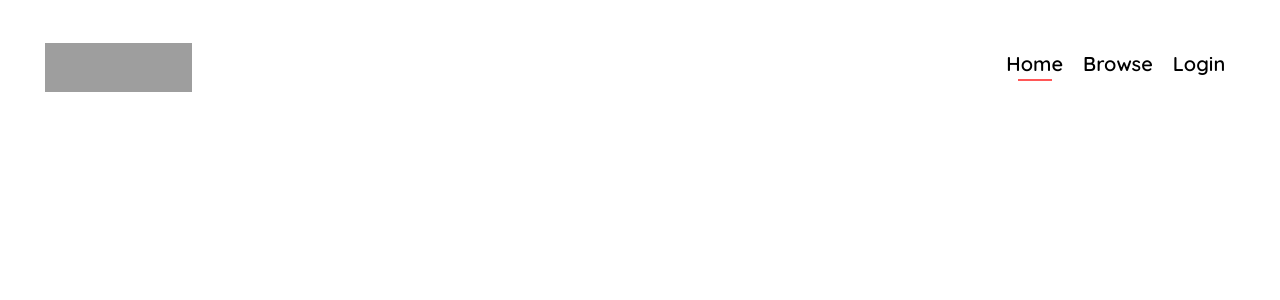
Repository: m-ahmadshaikh/shop-it
Page: /
An editor plug-in stored every save of this project. The page is shown before and after the next save, followed by the edit.
The browser window is 1280 px wide. The pictures show the whole page.
Pictures or frames that could not be fetched are drawn as grey boxes. The project was rebuilt for these pictures with package versions that can differ from the ones it lists, and the page was loaded fresh each time. Also part of the build but not shown: vite.config.js.

Above is the page before, as saved 2022-10-08 21:51:02.

### index.html
<!DOCTYPE html>
<html lang="en">
  <head>
    <meta charset="UTF-8" />
    <meta name="viewport" content="width=device-width, initial-scale=1.0" />
    <link rel="preconnect" href="https://fonts.googleapis.com" />
    <link rel="preconnect" href="https://fonts.gstatic.com" crossorigin />
    <link
      href="https://fonts.googleapis.com/css2?family=Quicksand:wght@300;400;500;600;700&display=swap"
      rel="stylesheet" />
    <title>Shop It</title>
  </head>
  <body>
    <div id="root"></div>
    <script type="module" src="/src/main.jsx"></script>
  </body>
</html>

### src/main.jsx
import React from 'react';
import ReactDOM from 'react-dom/client';
import { BrowserRouter } from 'react-router-dom';
import App from './App';
import './assets/global.css';
ReactDOM.createRoot(document.getElementById('root')).render(
  <React.StrictMode>
    <BrowserRouter>
      <App />
    </BrowserRouter>
  </React.StrictMode>
);

### src/App.jsx
import { Route, Routes } from 'react-router-dom';
import './App.css';
import Layout from './layouts/Layout';

function App() {
  return (
    <div className="App">
      <Routes>
        <Route path="/" element={<Layout />}></Route>
      </Routes>
    </div>
  );
}

export default App;

### src/assets/global.css
:root {
  font-family: 'Quicksand', sans-serif;
  --primary-color: #ff2947;
}

body {
  font-family: 'Quicksand', sans-serif;
  margin: 0;
  padding: 0;
  height: 100vh;
}

img {
  width: 100%;
}

### src/layouts/Layout.jsx
import React from 'react';
import MainNavigation from './MainNavigation';

function Layout({ children }) {
  return (
    <div>
      <MainNavigation />
      {children}
    </div>
  );
}

export default Layout;

### src/layouts/MainNavigation.jsx
import React, { useState } from 'react';
import { NavLink } from 'react-router-dom';
import classes from './MainNavigation.module.css';
function MainNavigation() {
  const [open, setOpen] = useState(false);

  return (
    <div className={classes.header}>
      <div
        style={{ display: open ? 'block' : 'none' }}
        className={classes.backdrop}></div>

      <div
        onClick={() => {
          setOpen((prevState) => !prevState);
        }}
        className={
          open
            ? `${classes.menu_button} ${classes.openbtn}`
            : `${classes.menu_button} `
        }>
        <div className={classes.menu_btn__burger}></div>
      </div>
      <img
        src="https://shop-it-ff797.web.app/static/media/logo.2bd99daa.png"
        alt="The logo of the app saying SHOP IT"
        className={classes.logo}
      />
      <nav className={classes.nav}>
        <ul className={classes.nav__list}>
          <div
            className={
              open
                ? `${classes.drawer} ${classes.openDrawer} `
                : `${classes.drawer}`
            }>
            <li className={classes.list__item}>
              <NavLink
                className={({ isActive }) => {
                  return isActive ? `${classes.active}` : '';
                }}
                to="/">
                Home
              </NavLink>
            </li>
            <li className={classes.list__item}>
              <NavLink
                to="/browse"
                className={({ isActive }) => {
                  return isActive ? `${classes.active}` : '';
                }}>
                Browse
              </NavLink>
            </li>
          </div>
          <li className={classes.list__item}>
            <NavLink
              className={({ isActive }) => {
                return isActive ? `${classes.active}` : '';
              }}
              to="/login">
              Login
            </NavLink>
          </li>
        </ul>
      </nav>
    </div>
  );
}

export default MainNavigation;

### src/layouts/MainNavigation.module.css
.header {
  display: flex;
  justify-content: space-between;
  align-items: center;

  padding: 0 .8em;
  height: 70px;
  margin: 0;
  text-align: center;
}

.logo {
  width: 147px;
  height: 49px;
}


.nav__list {
  list-style: none;
  padding: 0;
}

.drawer {
  position: absolute;
  height: 100%;
  top: 0;
  left: 0;
  z-index: 1;
  background-color: white;
  width: 320px;
  position: fixed;
  transition: all .3s ease-in;
  height: 100%;
  border-top-right-radius: 10px;
  border-bottom-right-radius: 10px;
  transform: translateX(-100%);
}


.openDrawer {
  transform: translateX(0%);
}

.backdrop {
  position: fixed;
  top: 0;
  right: 0;
  bottom: 0;
  left: 0;
  background: black;
  opacity: 0.5;
  z-index: 1;
}



.list__item>a {
  text-decoration: none;
  font: inherit;
  color: black;
  font-weight: 600;
  font-size: 1.25rem;
  display: inline-block;
  position: relative;
}


.list__item>a::after {
  content: "";
  display: block;
  margin: 3px auto;
  height: 2px;
  width: 0;
  bottom: 0;
  background: transparent;
  transition: all 0.3s;

}


li>a:hover::after, li>a.active::after {
  width: 60%;
  background: #FF5757;
}

.menu_button {
  display: flex;
  justify-content: center;
  align-items: center;
  width: 50px;
  height: 50px;
  cursor: pointer;
  transition: all .5s ease-in-out;
  z-index: 2;
  position: relative;

}


.menu_btn__burger, .menu_btn__burger::before, .menu_btn__burger::after {
  content: '';
  left: 0px;
  position: absolute;
  width: 30px;
  height: 6px;
  border-radius: 10px;

  background-color: #FF5757;
  border: 5px;
  transition: all .5s ease-in-out;

}

.menu_btn__burger::before {

  transform: translateY(-12px);
}

.menu_btn__burger::after {

  transform: translateY(12px);
}

.openbtn .menu_btn__burger {
  transform: translateX(-50px);
  background: transparent;
  box-shadow: none;
}

.openbtn .menu_btn__burger::before {
  transform: rotate(45deg) translate(35px, -35px);
}

.openbtn .menu_btn__burger::after {
  transform: rotate(-45deg) translate(35px, 35px);
}

@media (min-width:600px) {

  .menu_button {
    display: none;
  }

  .drawer {
    all: unset;
  }


  .nav__list, .drawer {
    display: flex;
    align-items: center;
  }


  .list__item {
    padding: 10px;

  }


}

@media (max-width:600px) {
  .drawer {
    display: flex;
    flex-direction: column;
    align-items: flex-start;
    padding-top: 6em;

  }

  .drawer>.list__item {
    margin: 15px 20px;

  }
}

Loaded but not shown: src/App.css (common file)

After the next save:
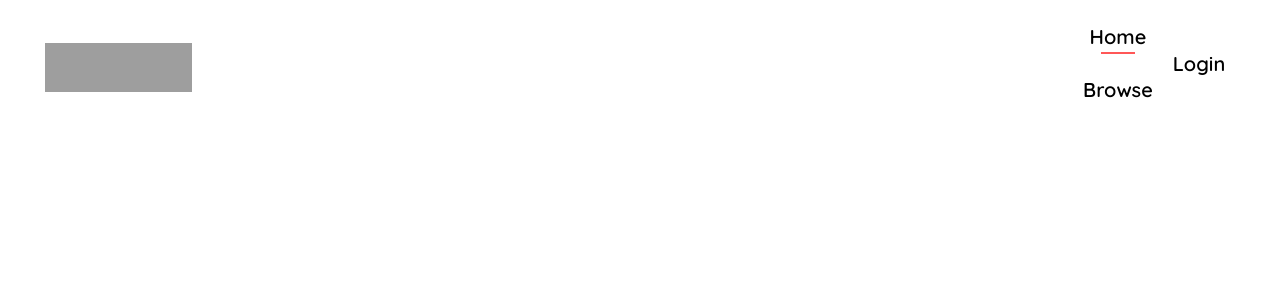
Saved 59 s later.
--- a/src/layouts/MainNavigation.jsx
+++ b/src/layouts/MainNavigation.jsx
@@ -29,11 +29,7 @@
       <nav className={classes.nav}>
         <ul className={classes.nav__list}>
           <div
-            className={
-              open
-                ? `${classes.drawer} ${classes.openDrawer} `
-                : `${classes.drawer}`
-            }>
+            className={open ? `${classes.drawer} ${classes.openDrawer} ` : ``}>
             <li className={classes.list__item}>
               <NavLink
                 className={({ isActive }) => {

After the save that followed:
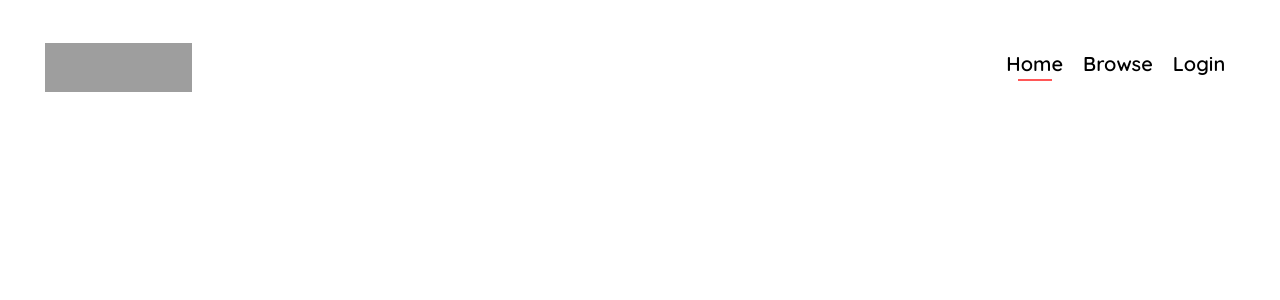
Saved 4 s later.
--- a/src/layouts/MainNavigation.jsx
+++ b/src/layouts/MainNavigation.jsx
@@ -29,7 +29,11 @@
       <nav className={classes.nav}>
         <ul className={classes.nav__list}>
           <div
-            className={open ? `${classes.drawer} ${classes.openDrawer} ` : ``}>
+            className={
+              open
+                ? `${classes.drawer} ${classes.openDrawer} `
+                : `${classes.drawer}`
+            }>
             <li className={classes.list__item}>
               <NavLink
                 className={({ isActive }) => {
